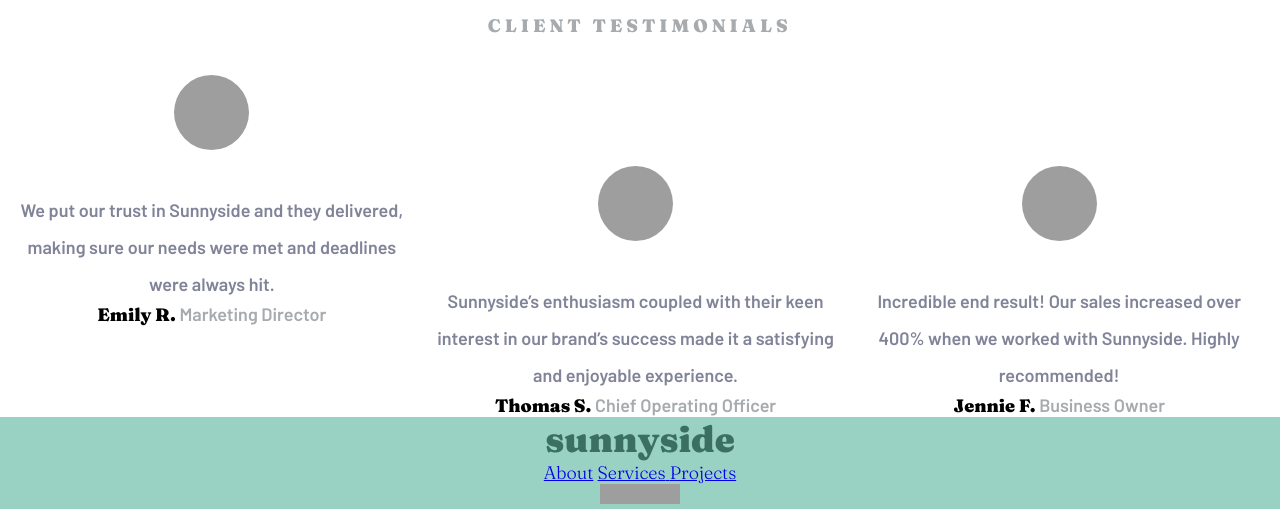
Repository: Roshanell/Sunny-Side-Agency
Page: index.html
The author's editor kept a copy of each file at every save. The page is drawn from the files as they stood at one save, then again after the next save.
The browser window is 1280 px wide. The pictures show the part of the page from y = 2160 to 2669 px (the page is 2669 px tall).
Pictures or frames that could not be fetched are drawn as grey boxes. Some web libraries are served in a nearby version.

Above is the page before, as saved 2022-07-07 14:06:40.

### index.html
<!doctype html>
<html lang="en">

  <head>
    <meta charset="utf-8">
    <meta name="viewport" content="width=device-width, initial-scale=1">
    <title>Sunny Side Agency</title>
    <link href="https://fonts.googleapis.com/icon?family=Material+Icons" rel="stylesheet">
    <link rel="stylesheet" href="css/style.css">
    <link
      href="https://fonts.googleapis.com/css2?family=Barlow:wght@600&family=Fraunces:opsz,wght@9..144,300;9..144,700;9..144,900&display=swap"
      rel="stylesheet">
    <!-- <link rel="stylesheet" href="/css/normalize.css"> -->
    <script src="https://kit.fontawesome.com/48e7997292.js" crossorigin="anonymous"></script>
  </head>

  <body>
    <div class="container">
      <div class="homePage">
        <ul class="menu">
          <li><a class="menuItem" href="#">Home</a></li>
          <li><a class="menuItem" href="#">Profile</a></li>
          <li><a class="menuItem" href="#">About</a></li>
          <li><a class="menuItem" href="#">Contacts</a></li>
        </ul>
        <button class="hamburger">
          <i class="menuIcon material-icons">menu</i>
          <i class="closeIcon material-icons">close</i>
        </button>
        <div class="header">
          <h1>sunnyside</h1>
        </div>
        <div class="homeContent">
          <h2 class="homeSlogan">We are creatives</h2>
          <i class="fa-solid fa-arrow-down-long fa-4x"></i>

        </div>
      </div>

      <div class="eggArea">

      </div>

      <div class="aboutUsInfo" id="aboutUsInfo">
        <div class="infoContainer">
          <h3>
            Transform your brand
          </h3>
          <p>We are a full-service creative agenc grow fast. Engage your clients through
            compelling visuals that do most of the marketing for you. </p>
          <span><a href="#">Learn More</a></span>
        </div>
      </div>

      <div class="cupImage">
      </div>

      <div class="standOutInfo" id="standOutInfo">
        <div class="standOutContainer">
          <h3>Stand out to the right audience</h3>
          <p> Using a collaborative formula of designers, researchers,
            photographers,videographers, and copywriters, we’ll build and extend your brand in digital places. </p>

          <span class="learnMorePink"><a href="#">Learn More</a></span>
        </div>
      </div>
      <div class="graphicDesign">
        <div class="design-photography">
          <h3> Graphic Design</h3>
          <p class="pGraphics" id="pDesign">
            Great design makes you memorable. We deliver artwork that underscores your brand message and captures
            potential clients’ attention. </p>
        </div>
      </div>
      <div class="orangeImage">
        <div class="design-photography">
          <h3>Photography</h3>
          <p class="pGraphics"> Increase your credibility by getting the most stunning, high-quality photos that improve
            your business
            image. </p>
        </div>
      </div>
      <div class="testimonialOne">
        <h4>Client Testimonials</h4>
        <div class="user one"></div>
        <p class="review">We put our trust in Sunnyside and they delivered, making sure our needs were met and
          deadlines
          were always
          hit.</p>
        <span class="name">Emily R.</span>
        <span class="occupation">Marketing Director</span>
      </div>
      <div class="testimonialTwo">
        <div class="user two"></div>
        <p class="review">Sunnyside’s enthusiasm coupled with their keen interest in our brand’s success made it a
          satisfying and
          enjoyable experience.</p>
        <span class="name">Thomas S.</span>
        <span span class="occupation">Chief Operating Officer</span>
      </div>
      <div class="testimonialThree">
        <div class="user three"></div>
        <p class="review">Incredible end result! Our sales increased over 400% when we worked with Sunnyside. Highly
          recommended!</p>
        <span class="name">Jennie F.</span>
        <span span class="occupation">Business Owner</span>
      </div>
      <div class="fourImgs" id="fourImgs">
        <div class="imgOne">
        </div>
        <div class="imgTwo">
        </div>
        <div class="imgThree">
        </div>
        <div class="imgFour">
        </div>
      </div>

      <div class="footer">
        <h1>sunnyside</h1>
        <div class="moreInformation">
          <a href="index.html#aboutUsInfo"><span> About</span></a>
          <a href="index.html#standOutInfo"><span>Services</span> </a>
          <a href="index.html#fourImgs"><span>Projects</span></a>
        </div>
        <div class="socialMediaHandles">
          <div>
            <img src="https://i.imgur.com/uHHCF8A.png" alt="Facebook Icon" height="20px" width="20px">
          </div>
          <div>
            <img src="https://i.imgur.com/Fvw0N1c.png" alt="Instagram Icon" height="20px" width="20px">
          </div>
          <div>
            <img src="https://i.imgur.com/k39Bgoc.png" alt="Twitter Icon" height="20px" width="20px">
          </div>
          <div>
            <img src="https://i.imgur.com/JN1Rhal.png" alt="Pinterest Icon" height="20px" width="20px">
          </div>
        </div>
      </div>
    </div>

    <script src="main.js"></script>

  </body>

</html>

### css/style.css
/* Box Model Hack */
* {
  -moz-box-sizing: border-box;
}

/* Clear fix hack */
.clearfix:after {
  content: ".";
  display: block;
  clear: both;
  visibility: hidden;
  line-height: 0;
  height: 0;
}

.clear {
  clear: both;
}

/******************************************
/* BASE STYLES
/*******************************************/

body {
  font-size: 18px;
  font-family: "Barlow", sans-serif;
  text-align: center;
  margin: 0;
}
p {
  color: hsl(232, 10%, 55%);
  display: flex;
  justify-content: center;
  align-items: center;
  margin: 0 2%;
  line-height: 37px;
}

h1,
h2,
h3,
h4,
h5,
h6 {
  font-family: "Fraunces", serif;
  font-weight: 700;
}

h3 {
  margin-top: 10%;
  margin-bottom: 10%;
  font-size: 40px;
}

span a {
  color: black;
  text-decoration: underline yellow;
  text-decoration-thickness: 5px;
}

.learnMorePink a {
  text-decoration: underline hsl(7, 99%, 70%);
  text-decoration-thickness: 5px;
}
.learnMorePink {
  margin-top: 5%;
}
/* hamburger */

* {
  margin: 0;
  padding: 0;
  box-sizing: border-box;
}

.menuItem {
  display: block;
  margin: 2rem 4rem;
  font-size: 1.8rem;
  color: black;
  text-decoration: none;
  font-family: "Barlow", sans-serif;
  animation: fadeInUp 0.5s ease-in-out forwards;
}

.menuItem:hover {
  text-decoration: underline;
}

.hamburger {
  position: fixed;
  z-index: 100;
  top: 1rem;
  right: 1rem;
  padding: 4px;
  border: none;
  background: transparent;
  cursor: pointer;
  color: white;
}

.closeIcon {
  display: none;
}

.menu {
  position: fixed;
  transform: translateY(-100%);
  transition: transform 0.2s;
  top: 0;
  left: 0;
  right: 0;
  bottom: 40%;
  z-index: 99;
  width: 89%;
  margin-left: 5%;
  margin-top: 0%;
  background: white;
  color: black;
  list-style: none;
  padding-top: 4rem;
}

.showMenu {
  transform: translateY(0);
}

/* homepage */

.homePage {
  background-image: url("https://i.imgur.com/5owK20G.jpg");
  background-size: cover;
  height: 100vh;
  background-repeat: no-repeat;
}

.homeSlogan {
  color: white;
  font-size: 40px;
  text-transform: uppercase;
  letter-spacing: 5px;
}

.fa-solid {
  color: white;
}

.fa-arrow-down-long {
  margin-top: 10%;
}
/* About Us */
.aboutUsInfo {
  background-color: white;
}
.aboutUsInfo h3 {
  font-size: 40px;
}
/* testimonials */
/* user profile images */
.user {
  display: inline-block;
  width: 75px;
  height: 75px;
  border-radius: 50%;
  margin: 9%;
  background-repeat: no-repeat;
  background-position: center center;
  background-size: cover;
}

.one {
  background-image: url("https://i.imgur.com/0PxR98W.jpg");
}

.two {
  background-image: url("https://i.imgur.com/01xgLPA.jpg");
}

.three {
  background-image: url("https://i.imgur.com/YJGOYO1.jpg");
}

.testimonialOne h4 {
  text-transform: uppercase;
  color: hsl(210, 4%, 67%);
  letter-spacing: 4px;
  /* font-size: 100%; */
  margin-top: 10%;
  font-weight: 900;
}

.occupation {
  color: hsl(210, 4%, 67%);
  margin-bottom: 5%;
  margin-top: 5%;
}

.name {
  font-family: "Fraunces", serif;
  margin-top: 5%;
  font-weight: 900;
}

/* background Images */
.pGraphics {
  margin-bottom: 20%;
}

/* main information */
.cupImage {
  /* border: solid 1px pink; */
  /* height: 40vh; */
  grid-area: cupImage;
  background-image: url("https://i.imgur.com/TEIjlB8.jpg");
  background-size: cover;
  background-position: center;
}

.eggArea {
  /* border: solid 1px purple; */
  grid-area: eggArea;
  background-image: url("https://i.imgur.com/Ic0Kukn.jpg");
  /* height: 40vh; */
  background-size: cover;
  background-position: center;
}

/******************************************
/* LAYOUT
/*******************************************/

/******************************************
/* ADDITIONAL STYLES
/*******************************************/

@media all and (min-width: 1024px) and (max-width: 1480px) {
  .homePage,
  .homeContent {
    /* border: 1px solid black; */
  }

  .header h1 {
    color: white;
  }
  h3 {
    margin-bottom: 3%;
    font-size: 40px;
  }

  /* .menuItem{
    display: inline;
  } */
  .eggArea {
    /* border: 1px solid red; */
    background-image: url("https://i.imgur.com/ylwqnFI.jpg");
    height: 60vh;
    width: 50%;
    float: right;
  }
  .aboutUsInfo {
    /* border: 1px solid red; */
    height: 60vh;
    width: 49vw;
    float: left;
  }

  .infoContainer {
    margin: auto;
    width: 60%;

    text-align: justify;
  }

  .infoContainer h3 {
    text-align: left;
    width: 82%;
  }

  .cupImage {
    float: left;
    height: 60vh;
    width: 50%;
    background-image: url("https://i.imgur.com/9A6seJs.jpg");
    /* border: 1px solid red; */
  }
  .standOutInfo {
    float: right;
    height: 60vh;
    width: 47vw;
    /* border: 1px solid red; */
  }

  .standOutContainer {
    width: 70%;
    margin: auto;
    text-align: left;
  }
  .graphicDesign {
    background-image: url("https://i.imgur.com/ypGUgU9.jpg");
    float: left;
    height: 80vh;
    width: 50%;
    /* border: 1px solid green; */
    background-size: cover;
    color: hsl(167, 40%, 24%);
  }

  .orangeImage {
    float: right;
    background-image: url("https://i.imgur.com/RiEjNfa.jpg");
    height: 80vh;
    width: 50%;
    /* border: 1px solid blue; */
    background-size: cover;
  }
  .design-photography {
    margin: 20%;
    margin-top: 45%;
  }
  .reviewGroup {
    display: flex;
  }
  .testimonialOne {
    float: left;
    height: fit-content;
    width: 33.1%;
    margin-top: 10%;
    /* border: 1px solid pink; */
  }

  .testimonialOne h4 {
    margin-top: -27%;
    margin-left: 101%;
    text-align: center;
    width: 100%;
  }

  .testimonialTwo {
    float: left;
    height: fit-content;
    width: 33.1%;
    margin-top: 10%;
    /* border: 1px solid pink; */
  }

  .testimonialThree {
    float: left;
    height: fit-content;
    width: 33.1%;
    margin-top: 10%;
    /* border: 1px solid pink; */
  }

  .footer {
    float: left;
    width: 100%;
    font-family: "Fraunces", serif;
    background: #99d2c2;
    color: hsl(168, 34%, 41%);
    /* border: 1px solid pink; */
  }
  .footer h1 {
    color: #3b6f5f;
    font-weight: 900;
    font-family: "Fraunces", serif;
  }
  .moreInformation span a {
    display: flex;
    text-decoration: none;
  }

  .socialMediaHandles {
    display: flex;
    justify-content: center;
  }
  .pGraphics {
    color: hsl(167, 40%, 24%);
    font-weight: 700;
    font-size: 18px;
  }
  .orangeImage p,
  .orangeImage h3 {
    color: hsl(198, 62%, 26%);
  }
}

/* mobile view */

@media all and (min-width: 375px) and (max-width: 1023px) {
  .container {
    /* border: solid 1px blue; */
    display: grid;
    grid-template-columns: 1fr;
    grid-template-rows: 1.5fr 1fr 1fr 1fr 1fr 1.5fr 1.4fr 1fr 1fr 1fr 1fr;
    gap: 0px 0px;
    grid-auto-flow: column dense;
    grid-template-areas:
      "homePage"
      "eggArea"
      "aboutUsInfo"
      "cupImage"
      "standOutInfo"
      "graphicDesign"
      "orangeImage"
      "testimonialOne"
      "testimonialTwo"
      "testimonialThree"
      "fourImgs"
      "footer";
  }

  .homePage {
    background-image: url("https://i.imgur.com/HUEIjty.jpg");
    background-size: cover;
    /* height: 100vh; */
    background-repeat: no-repeat;
  }

  .homeSlogan {
    color: white;
    font-size: 40px;
    text-transform: uppercase;
    letter-spacing: 5px;
  }

  .fa-solid {
    color: white;
  }

  .fa-arrow-down-long {
    margin-top: 10%;
  }
  /* About Us */
  .aboutUsInfo {
    background-color: white;
  }
  .aboutUsInfo h3 {
    font-size: 40px;
  }
  /* testimonials */
  /* user profile images */
  .user {
    display: inline-block;
    width: 75px;
    height: 75px;
    border-radius: 50%;
    margin: 9%;
    background-repeat: no-repeat;
    background-position: center center;
    background-size: cover;
  }

  .one {
    background-image: url("https://i.imgur.com/0PxR98W.jpg");
  }

  .two {
    background-image: url("https://i.imgur.com/01xgLPA.jpg");
  }

  .three {
    background-image: url("https://i.imgur.com/YJGOYO1.jpg");
  }

  .testimonialOne h4 {
    text-transform: uppercase;
    color: hsl(210, 4%, 67%);
    letter-spacing: 4px;
    /* font-size: 100%; */
    margin-top: 10%;
    font-weight: 900;
  }

  .occupation {
    color: hsl(210, 4%, 67%);
    margin-bottom: 5%;
    margin-top: 5%;
  }

  .name {
    font-family: "Fraunces", serif;
    margin-top: 5%;
    font-weight: 900;
  }

  /* background Images */
  .pGraphics {
    margin-bottom: 20%;
  }

  /******************************************
  /* LAYOUT
  /*******************************************/
  .container {
    /* border: solid 1px blue; */
    display: grid;
    grid-template-columns: 1fr;
    grid-template-rows: 1.5fr 1fr 1fr 1fr 1fr 1.5fr 1.4fr 1fr 1fr 1fr 1fr;
    gap: 0px 0px;
    grid-auto-flow: column dense;
    grid-template-areas:
      "homePage"
      "eggArea"
      "aboutUsInfo"
      "cupImage"
      "standOutInfo"
      "graphicDesign"
      "orangeImage"
      "testimonialOne"
      "testimonialTwo"
      "testimonialThree"
      "fourImgs"
      "footer";
  }

  .homePage {
    /* border: solid 1px red; */
  }

  .header {
    display: flex;
    /* border: solid 1px orange; */
    grid-area: header;
    color: white;
    margin-left: 5%;
    margin-top: 2%;
  }

  .homeContent {
    /* border: solid 1px yellow; */
    grid-area: homeContent;
    margin-top: 15%;
  }

  .eggArea {
    /* border: solid 1px purple; */
    grid-area: eggArea;
    background-image: url("https://i.imgur.com/Ic0Kukn.jpg");
    /* height: 40vh; */
    background-size: cover;
    background-position: center;
  }

  .aboutUsInfo {
    /* border: solid 1px green; */
    /* height: 40vh; */
    grid-area: aboutUsInfo;
  }

  .cupImage {
    /* border: solid 1px pink; */
    /* height: 40vh; */
    grid-area: cupImage;
    background-image: url("https://i.imgur.com/TEIjlB8.jpg");
    background-size: cover;
    background-position: center;
  }

  .standOutInfo {
    /* border: solid 1px black; */
    grid-area: standOutInfo;
    display: flex;
    flex-direction: column;
    font-weight: 900;
    /* height: 40vh; */
  }

  .graphicDesign {
    /* border: solid 1px brown; */
    grid-area: graphicDesign;
    background-image: url("https://i.imgur.com/ceaL6cl.jpg");
    background-size: cover;
    display: flex;
    flex-direction: column;
    flex-wrap: nowrap;
    align-content: center;
    justify-content: flex-end;
    align-items: center;
    /* height: 40vh; */
  }

  .graphicDesign h3 {
    color: hsl(167, 40%, 24%);
    font-weight: 900;
  }
  #pDesign {
    color: hsl(167, 40%, 24%);
    font-weight: 700;
    font-size: 18px;
  }
  .orangeImage {
    /* border: solid 1px gray; */
    grid-area: orangeImage;
    background-image: url("https://i.imgur.com/5lTcoMD.jpg");
    background-size: cover;
    display: flex;
    flex-direction: column;
    flex-wrap: nowrap;
    align-content: center;
    justify-content: flex-end;
    align-items: center;
  }
  /* height: 40vh; */

  .orangeImage h3 {
    color: hsl(198, 62%, 26%);
  }
  .orangeImage p {
    color: hsl(198, 62%, 26%);
  }

  /* testimonials */

  .testimonialOne {
    /* border: solid 1px fuchsia; */
    grid-area: testimonialOne;
    /* height: 33vh; */
    display: flex;
    flex-direction: column;
    justify-content: center;
    align-items: center;
  }

  .testimonialThree {
    /* border: solid 1px lightblue; */
    grid-area: testimonialThree;
    display: flex;
    flex-direction: column;
    justify-content: center;
    align-items: center;
    /* height: 33vh; */
  }

  .testimonialTwo {
    /* border: solid 1px silver; */
    display: flex;
    flex-direction: column;
    justify-content: center;
    align-items: center;
    grid-area: testimonialTwo;

    /* height: 33vh; */
  }

  .fourImgs {
    /* border: solid 1px maroon; */
    display: grid;
    grid-template-columns: 1fr 1fr;
    grid-template-rows: 1fr 1fr;
    gap: 0px 0px;
    grid-template-areas:
      "imgOne imgThree"
      "imgTwo imgFour";
    grid-area: fourImgs;
    /* height: 40vh; */
  }

  .imgOne {
    /* border: solid 1px yellowgreen; */
    background-image: url("https://i.imgur.com/g7g3pHI.jpg");
    background-size: cover;
  }
  .imgTwo {
    /* border: solid 1px rgb(228, 122, 199); */
    background-image: url("https://i.imgur.com/xXvVali.jpg");
    background-size: cover;
  }
  .imgThree {
    /* border: solid 1px rgb(158, 207, 232); */
    background-image: url("https://i.imgur.com/w22eeJU.jpg");
    background-size: cover;
  }
  .imgFour {
    /* border: solid 1px rgb(205, 122, 50); */
    background-image: url("https://i.imgur.com/hMYShPr.jpg");
    background-size: cover;
  }

  .review {
    font-size: 20px;
  }
  /* Fix the footer */
  .footer {
    background: #99d2c2;
    color: hsl(168, 34%, 41%);
  }
  .footer h1 {
    color: #3b6f5f;
    font-weight: 900;
    font-family: "Fraunces", serif;
  }

  .moreInformation {
    display: flex;
    flex-direction: row;
    justify-content: space-evenly;
    margin: 10%;
  }

  .socialMediaHandles {
    width: 65%;
    display: flex;
    justify-content: space-around;
    margin: 20%;
  }

  .footer h1 {
    margin-top: 10%;
  }

  .moreInformation a {
    color: #3b6f5f;
    text-decoration: none;
  }
}

### main.js
const menu = document.querySelector(".menu");
const menuItems = document.querySelectorAll(".menuItem");
const hamburger = document.querySelector(".hamburger");
const closeIcon = document.querySelector(".closeIcon");
const menuIcon = document.querySelector(".menuIcon");

function toggleMenu() {
  if (menu.classList.contains("showMenu")) {
    menu.classList.remove("showMenu");
    closeIcon.style.display = "none";
    menuIcon.style.display = "block";
  } else {
    menu.classList.add("showMenu");
    closeIcon.style.display = "block";
    menuIcon.style.display = "none";
  }
}

hamburger.addEventListener("click", toggleMenu);

menuItems.forEach(function (menuItem) {
  menuItem.addEventListener("click", toggleMenu);
});

After the next save:
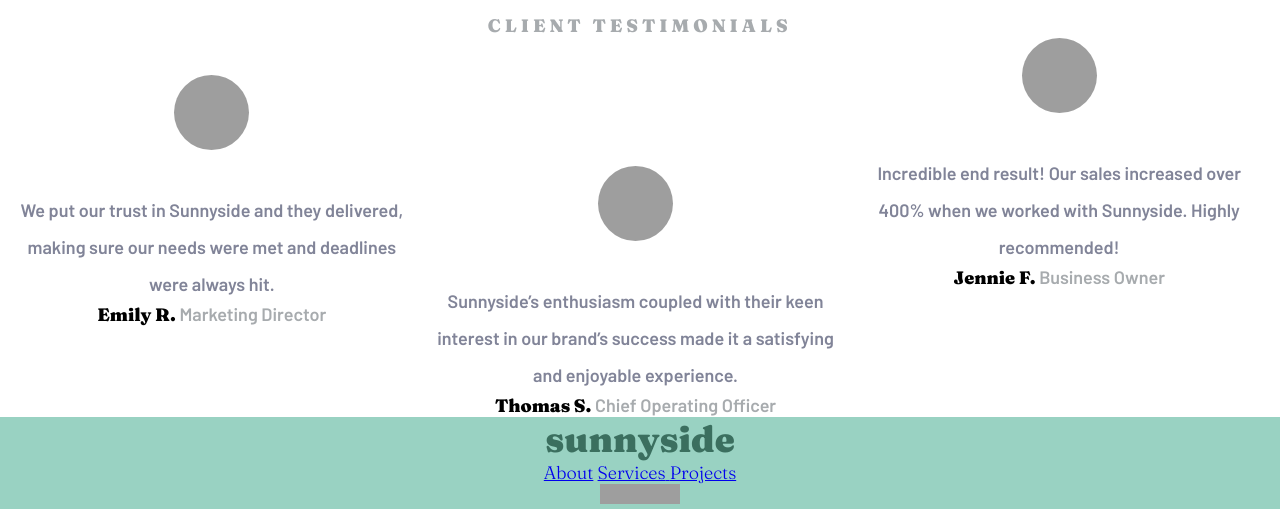
Saved 4 min 22 s later.
--- a/css/style.css
+++ b/css/style.css
@@ -347,7 +347,7 @@ span a {
     float: left;
     height: fit-content;
     width: 33.1%;
-    margin-top: 10%;
+    /* margin-top: 10%; */
     /* border: 1px solid pink; */
   }
 
